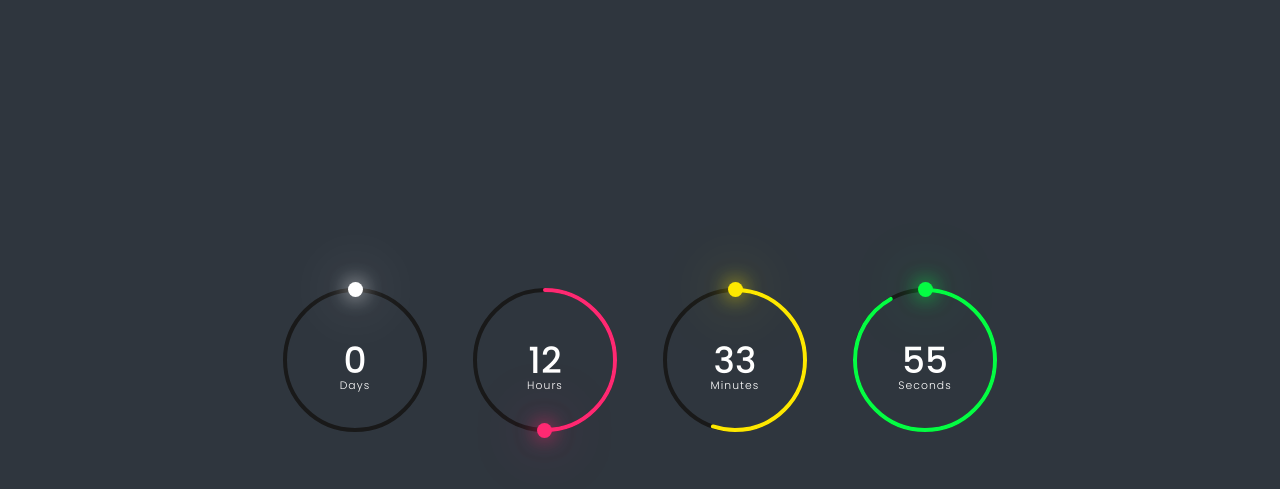
Repository: northpx/happyNY
Page: index.html
These files come from the project's save history. The page is drawn as it stood at one moment and after the next save; the edit follows.
The browser window is 1280 px wide. The pictures show the whole page.

Above is the page before, as saved 2022-12-31 11:41:50.

### index.html
<!DOCTYPE html>
<html lang="en">
<head>
    <meta charset="UTF-8">
    <meta http-equiv="X-UA-Compatible" content="IE=edge">
    <meta name="viewport" content="width=device-width, initial-scale=1.0">
    <link rel="stylesheet" href="style.css">
    <title>Hour</title>
</head>
<body>
    <h1 class="newYear">2023<br><span>HAPPY NEW YEAR</span></h1>
    <div id="time">
        <div class="circle" style="--clr:#ffffff;">
            <div class="dots day_dot"></div>
            <svg>
                <circle cx="70" cy="70" r="70"></circle>
                <circle cx="70" cy="70" r="70" id="dd"></circle>
            </svg>
            <div id="days">00<br><span>DAYS</span></div>
        </div>
        <div class="circle" style="--clr:#ff2972;">
            <div class="dots hr_dot"></div>
            <svg>
                <circle cx="70" cy="70" r="70"></circle>
                <circle cx="70" cy="70" r="70" id="hh"></circle>
            </svg>
            <div id="hours">00<br><span>HOURS</span></div>
        </div>
        <div class="circle" style="--clr:#fee800;">
            <div class="dots min_dot"></div>
            <svg>
                <circle cx="70" cy="70" r="70"></circle>
                <circle cx="70" cy="70" r="70" id="mm"></circle>
            </svg>
            <div id="minutes">00<br><span>MINUTES</span></div>
        </div>
        <div class="circle" style="--clr:#04fc43;">
            <div class="dots sec_dot"></div>
            <svg>
                <circle cx="70" cy="70" r="70"></circle>
                <circle cx="70" cy="70" r="70" id="ss"></circle>
            </svg>
            <div id="seconds">00<br><span>SECONDS</span></div>
        </div>
    </div>

    <script>
        let days = document.getElementById("days")
        let hours = document.getElementById("hours")
        let minutes = document.getElementById("minutes")
        let seconds = document.getElementById("seconds")

        let dd = document.getElementById("dd")
        let hh = document.getElementById("hh")
        let mm = document.getElementById("mm")
        let ss = document.getElementById("ss")

        let day_dot = document.querySelector(".day_dot")
        let hr_dot = document.querySelector(".hr_dot")
        let min_dot = document.querySelector(".min_dot")
        let sec_dot = document.querySelector(".sec_dot")

        let endDate = '01/01/2023 00:00:00'

        let x = setInterval(function(){
            let now = new Date(endDate).getTime();
            let countDown = new Date().getTime();
            let distance = now - countDown;

            let d = Math.floor(distance / (1000 * 60 * 60 *24))
            let h = Math.floor((distance % (1000 * 60 * 60 * 24)) / (1000 * 60 * 60))
            let m = Math.floor((distance % (1000 * 60 * 60)) / (1000 * 60))
            let s = Math.floor((distance % (1000 * 60)) / (1000))

            days.innerHTML = d + "<br><span>Days</span>"
            hours.innerHTML = h + "<br><span>Hours</span>"
            minutes.innerHTML = m + "<br><span>Minutes</span>"
            seconds.innerHTML = s + "<br><span>Seconds</span>"

            dd.style.strokeDashoffset = 440 - (440 * d) / 365
            hh.style.strokeDashoffset = 440 - (440 * h) / 24
            mm.style.strokeDashoffset = 440 - (440 * m) / 60
            ss.style.strokeDashoffset = 440 - (440 * s) / 60

            day_dot.style.transform = `rotateZ(${d * 0.9986}deg)`
            hr_dot.style.transform = `rotateZ(${h * 15}deg)`
            min_dot.style.transform = `rotateZ(${d * 0.9986}deg)`
            day_dot.style.transform = `rotateZ(${d * 0.9986}deg)`
        })
    </script>
</body>
</html>

### style.css
@import url('https://fonts.googleapis.com/css2?family=Poppins:ital,wght@0,100;0,200;0,300;0,400;0,500;0,600;0,700;0,800;0,900;1,100;1,300;1,400;1,500;1,600;1,700;1,800;1,900&display=swap');

*{
    margin: 0;
    padding: 0;
    box-sizing: border-box;
    font-family: 'Poppins', sans-serif;
}

body{
    display: flex;
    justify-content: center;
    align-items: center;
    min-height: 100vh;
    background: #2f363e;
}

#time{
    display: flex;
    gap: 40px;
    color: #fff;
}

#time .circle{
    position: relative;
    width: 150px;
    height: 150px;
    display: flex;
    justify-content: center;
    align-items: center;
}

#time .circle svg{
    position: relative;
    width: 150px;
    height: 150px;
    transform: rotate(270deg);
}

#time .circle svg circle{
    width: 100%;
    height: 100%;
    fill: transparent;
    stroke: #191919;
    stroke-linecap: round;
    stroke-width: 4;
    transform: translate(5px,5px);
}

#time .circle svg circle:nth-child(2){
    stroke: var(--clr);
    stroke-dasharray: 440;
    stroke-dashoffset: 440;
}

#time div{
    position: absolute;
    text-align: center;
    font-weight: 500;
    font-size: 1.5em;
}


#time div span{
    position: absolute;
    transform: translateX(-50%) translateY(-10px);
    font-size: 0.30em;
    font-weight: 300;
    letter-spacing: 0.1em;
    /* text-transform: uppercase; */
}

.dots{
    position: absolute;
    width: 100%;
    height: 100%;
    z-index: 10;
    display: flex;
    justify-content: center;
}

.dots::before{
    content: "";
    position: absolute;
    top: -3px;
    width: 15px;
    height: 15px;
    background: var(--clr);
    border-radius: 50%;
    box-shadow: 0 0 20px var(--clr),
    0 0 60px var(--clr);
}

.newYear {
    font-size: 8em;
    font-weight: 500;
    color: #fff;
    text-align: center;
    line-height: 0.6em;
    display: none;
}

.newYear span{
    font-size: 0.5em;
    font-weight: 300;
}

After the next save:
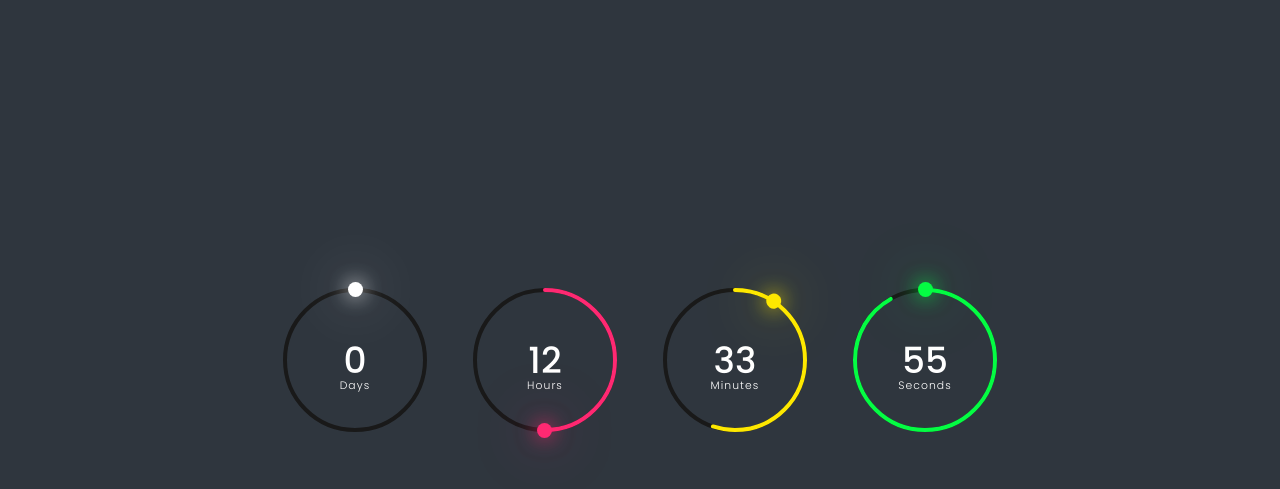
Saved 4 s later.
--- a/index.html
+++ b/index.html
@@ -84,7 +84,7 @@
 
             day_dot.style.transform = `rotateZ(${d * 0.9986}deg)`
             hr_dot.style.transform = `rotateZ(${h * 15}deg)`
-            min_dot.style.transform = `rotateZ(${d * 0.9986}deg)`
+            min_dot.style.transform = `rotateZ(${m * 0.9986}deg)`
             day_dot.style.transform = `rotateZ(${d * 0.9986}deg)`
         })
     </script>
